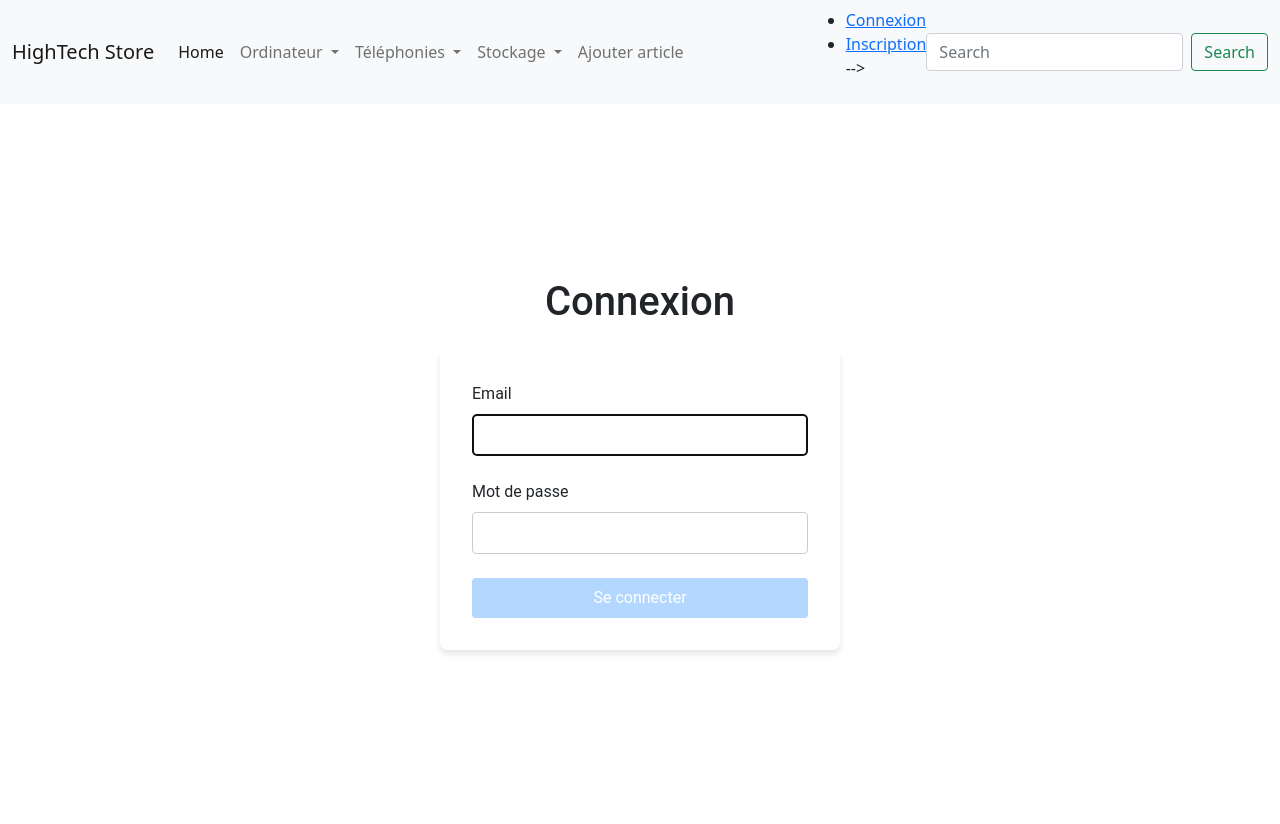
Repository: HaPhuong-krys/M1-angular
Page: /Connexion
These files come from the project's save history. The page is drawn as it stood at one moment and after the next save; the edit follows.
The browser window is 1280 px wide. The pictures show the whole page.
The project was rebuilt for these pictures with package versions that can differ from the ones it lists, and the page was loaded fresh each time. Also part of the build but not shown: angular.json, src/app/home/home.component.ts, src/app/pc-bureau/pc-bureau.component.ts, src/app/pc-portable/pc-portable.component.ts, src/app/ajouter-article-form/ajouter-article-form.component.ts, src/app/Model/Articles.ts, src/app/accessoire-ordi/accessoire-ordi.component.ts, src/app/smart-phone/smart-phone.component.ts and 10 more.

Above is the page before, as saved 2023-04-23 01:06:42.

After the next save:
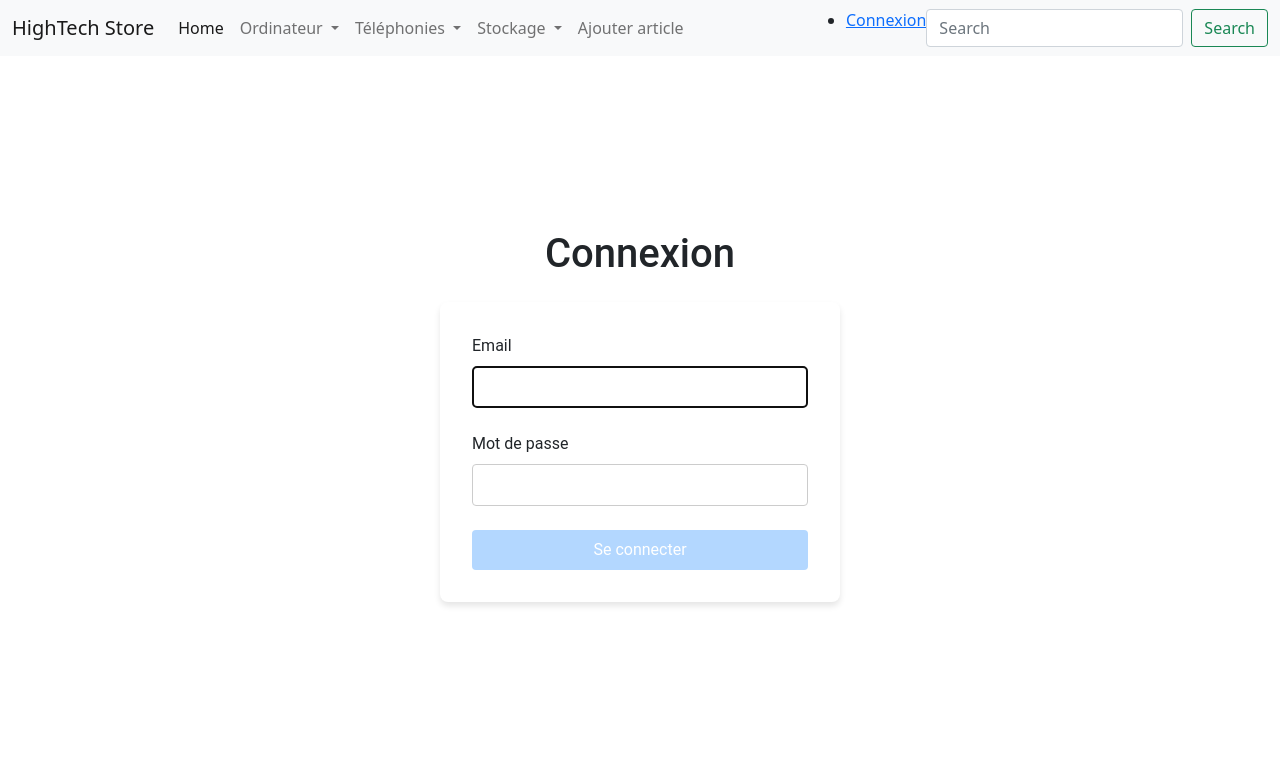
Saved 4 s later.
--- a/src/app/navbar/navbar.component.html
+++ b/src/app/navbar/navbar.component.html
@@ -60,7 +60,7 @@
           <ul *ngIf="!(isLoggedIn$ | async)">
             <!-- Liens pour les utilisateurs non connectés -->
             <li><a routerLink="/Connexion">Connexion</a></li>
-            <li><a routerLink="/inscription">Inscription</a></li>-->
+            <!--<li><a routerLink="/inscription">Inscription</a></li>-->
           </ul>
 
         </div>
